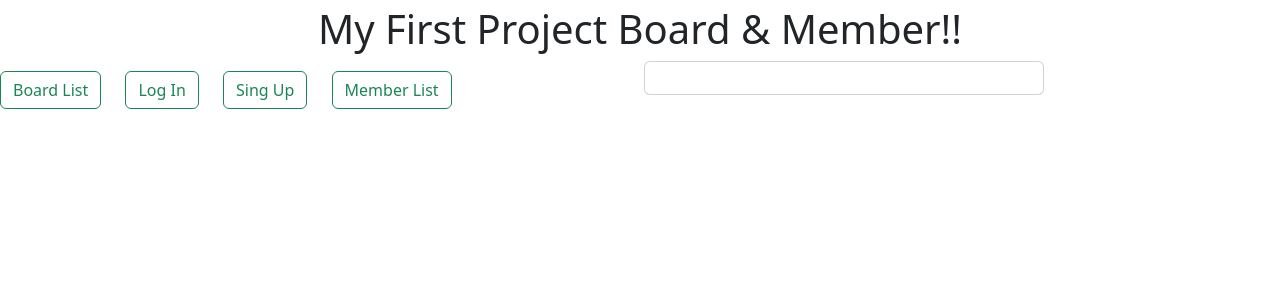
Repository: Raneechoi/java2022_09_03
Page: http://localhost/Project/mem/login_auth
The author's editor kept a copy of each file at every save. The page is drawn from the files as they stood at one save, then again after the next save.
The browser window is 1280 px wide. The pictures show the whole page.
The page is served by Tomcat 9. Queries for data that is not in the repository find no rows.

Above is the page before, as saved 2022-12-08 06:08:05.

After the next save:
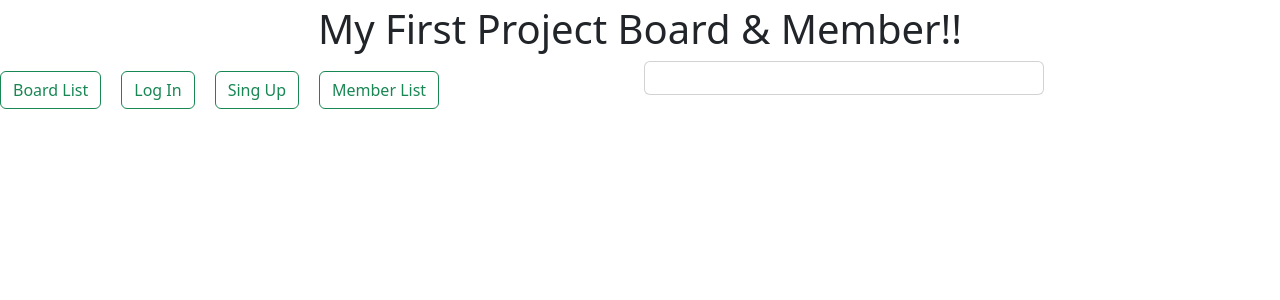
Saved 18 s later.
--- a/JSP_Board&Member/Project/src/main/webapp/index.jsp
+++ b/JSP_Board&Member/Project/src/main/webapp/index.jsp
@@ -16,7 +16,7 @@
 	<h1 style="text-align: center;">My First Project Board & Member!!</h1>
 </div>
 
-<div style="width: 600px; display: inline-block; margin-right: 10px">
+<div style="width: 600px; display:inline-flex; margin-right: 10px">
 		<a href="/bor/pageList" style="margin-right: 20px"><button class="btn btn-outline-success">Board List</button></a>
 		<a href="/mem/login" style="margin-right: 20px"><button class="btn btn-outline-success">Log In</button></a>
 		<a href="/mem/join" style="margin-right: 20px"><button class="btn btn-outline-success">Sing Up</button></a>
